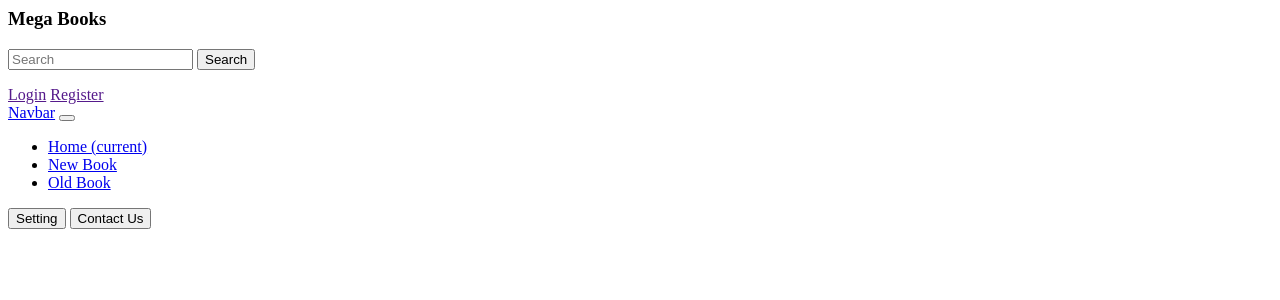
Repository: UsmanGhias/Java-Project
Page: http://localhost/Ebook_App/all_component/navbar.jsp
These files come from the project's save history. The page is drawn as it stood at one moment and after the next save; the edit follows.
The browser window is 1280 px wide. The pictures show the whole page.
The page is served by Tomcat 9.

Above is the page before, as saved 2023-02-07 07:32:50.

After the next save:
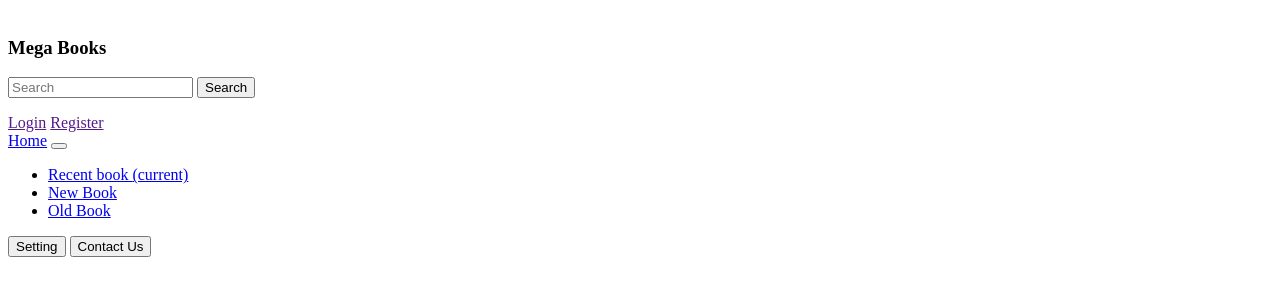
Saved 8 min 38 s later.
--- a/Online Book Managment System/Ebook_App/src/main/webapp/all_component/navbar.jsp
+++ b/Online Book Managment System/Ebook_App/src/main/webapp/all_component/navbar.jsp
@@ -1,6 +1,9 @@
+<div class = "container-fluid" style = "height: 10px; background-color=: #7b1fa2"> </div>
+
 <div class="container-fluid p-3">
 	<div class="row">
-		<div class="col-md">
+		<div class="col-md-3">
+		  <i class="fa-solid fa-book"></i>
 			<h3>Mega Books</h3>
 			<div class="co-md-6">
 				<form class="form-inline my-2 my-lg-0">
@@ -10,7 +13,7 @@
 				</form>
 				<div class = "col-md-3">
 				<a href= "" class= "btn btn-success">Login</a>
-				<a href= "" class= "btn btn-primary">Register</a>
+				<a href= "" class= "btn btn-primary text-white">Register</a>
 
 				</div>
 
@@ -20,9 +23,8 @@
 
 </div>
 
-
 <nav class="navbar navbar-expand-lg navbar-dark bg-custom">
-	<a class="navbar-brand" href="#">Navbar</a>
+	<a class="navbar-brand" href="#"> <i class="fa-duotone fa-house-chimney"></i> Home</a>
 	<button class="navbar-toggler" type="button" data-toggle="collapse"
 		data-target="#navbarSupportedContent"
 		aria-controls="navbarSupportedContent" aria-expanded="false"
@@ -32,17 +34,17 @@
 
 	<div class="collapse navbar-collapse" id="navbarSupportedContent">
 		<ul class="navbar-nav mr-auto">
-			<li class="nav-item active"><a class="nav-link" href="#">Home
+			<li class="nav-item active"><a class="nav-link" href="#"><i class="fa-sharp fa-solid fa-book-open"></i> Recent book
 					<span class="sr-only">(current)</span>
 			</a></li>
-			<li class="nav-item active "><a class="nav-link" href="#">New Book</a></li>
+			<li class="nav-item active "><a class="nav-link" href="#"><i class="fa-sharp fa-solid fa-book-open"></i> New Book</a></li>
 
-			<li class="nav-item active"><a class="nav-link disabled" href="#">Old Book</a>
+			<li class="nav-item active"><a class="nav-link disabled" href="#"> <i class="fa-sharp fa-solid fa-book-open"></i> Old Book</a>
 			</li>
 		</ul>
 		<form class="form-inline my-2 my-lg-0">
-			<button class="btn btn-light my-2 my-sm-0" type="submit">Setting</button>
-			<button class="btn btn-light my-2 my-sm-0" type="submit">Contact Us</button>
+			<button class="btn btn-light my-2 my-sm-0" type="submit"><i class="fa-solid fa-gears ml-1"></i> Setting</button>
+			<button class="btn btn-light my-2 my-sm-0" type="submit"><i class="fa-duotone fa-phone"></i> Contact Us</button>
 
 		</form>
 	</div>
